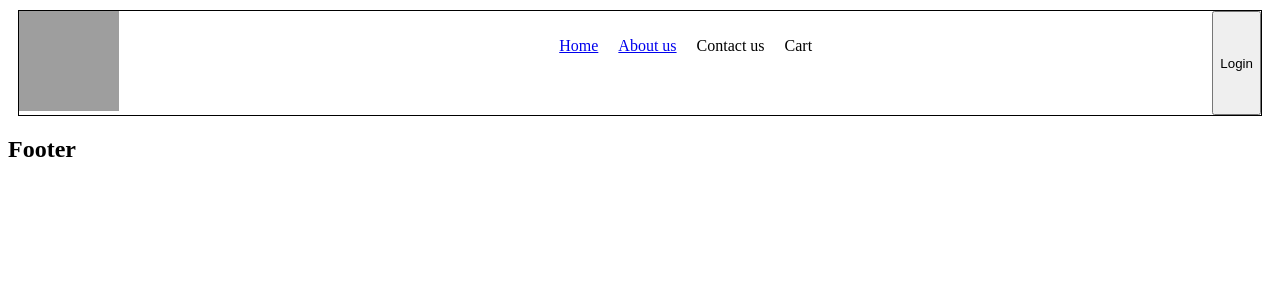
Repository: shivamv97/FOOD-VILLA-APP
Page: /
The author's editor kept a copy of each file at every save. The page is drawn from the files as they stood at one save, then again after the next save.
The browser window is 1280 px wide. The pictures show the whole page.
Pictures or frames that could not be fetched are drawn as grey boxes. The project was rebuilt for these pictures with package versions that can differ from the ones it lists, and the page was loaded fresh each time. Also part of the build but not shown: src/config.js, src/components/RestaurantCards.js, src/components/shimmer.js, src/components/Body.js, src/components/About.js, src/components/Error.js, src/components/ContactUs.js.

Above is the page before, as saved 2024-08-05 14:00:38.

### index.html
<!DOCTYPE html>
<html lang="en">
  <head>
    <meta charset="UTF-8" />
    <meta name="viewport" content="width=device-width, initial-scale=1.0" />
    <title>Learning REACT</title>
    <link rel="stylesheet" href="style.css" />
  </head>
  <body>
    <div id="root">Not Rendered</div>
    <!-- <script
      crossorigin
      src="https://unpkg.com/react@18/umd/react.development.js"
    ></script>
    <script
      crossorigin
      src="https://unpkg.com/react-dom@18/umd/react-dom.development.js"
    ></script> -->
    <script type="module" src="src/App.js"></script>
  </body>
</html>

### style.css
.header {
  display: flex;
  justify-content: space-between;
  margin: 10px;
  border: 1px solid black;
}
.nav-items > ul {
  list-style-type: none;
  display: flex;
}

.nav-items > ul > li {
  padding: 10px;
}
.logo {
  width: 100px;
  height: 100px;
}

.card {
  width: 255px;
  border: 1px solid black;
  padding: 10px;
  margin: 10px;
  overflow-wrap: break-word;
}

.card > img {
  width: 100%;
}

.restaurant-list {
  display: flex;
  flex-wrap: wrap;
}

.shimmer-card {
  width: 255px;
  height: 200px;
  background: lightgrey;
  margin: 10px;
  padding: 10px;
}

### src/App.js
import React from "react";
import ReactDOM from "react-dom/client";
import HeaderComponent from "./components/Title";
import Body from "./components/Body";
import Footer from "./components/Footer";
import About from "./components/About";
import Error from "./components/Error";
import Contact from "./components/ContactUs";
import { createBrowserRouter, RouterProvider, Outlet } from "react-router-dom";

const AppLayout = () => {
  return (
    <>
      <HeaderComponent />
      <Outlet />
      <Footer />
    </>
  );
};

const appRouter = createBrowserRouter([
  {
    path: "/",
    element: <AppLayout />,
    errorElement: <Error />,
    children: [
      {
        path: "/About",
        element: <About />,
      },
      {
        path: "/Contact",
        element: <Contact />,
      },
    ],
  },
]);

const root = ReactDOM.createRoot(document.getElementById("root"));

root.render(<RouterProvider router={appRouter} />);
//root will render according to the AppRouter

### src/components/Title.js
import { useState } from "react";
import { Link } from "react-router-dom";

const LoggedInUser = () => {
  //API used for authentication
  return true;
};

const Title = () => (
  <a href="/ ">
    <img
      className="logo"
      alt="logo"
      src="https://encrypted-tbn0.gstatic.com/images?q=tbn:ANd9GcTJtFXKFKFoihdrJEvX4jBtXqfcO2kJ0KAlIg&s"
    />
  </a>
);

const HeaderComponent = () => {
  const [isLoggedIn, setisLoggedIn] = useState(false);
  return (
    <div className="header">
      <Title />
      <div className="nav-items">
        <ul>
          <li>
            <Link to="/">Home </Link>
          </li>
          <li>
            <Link to="/About">About us</Link>
          </li>
          <li>Contact us</li>
          <li>Cart</li>
        </ul>
      </div>
      {isLoggedIn ? (
        <button onClick={() => setisLoggedIn(false)}>Logout</button>
      ) : (
        <button onClick={() => setisLoggedIn(true)}>Login</button>
      )}
    </div>
  );
};

export default HeaderComponent;

### src/components/Footer.js
const Footer = () => {
  return <h2>Footer</h2>;
};

export default Footer;

After the next save:
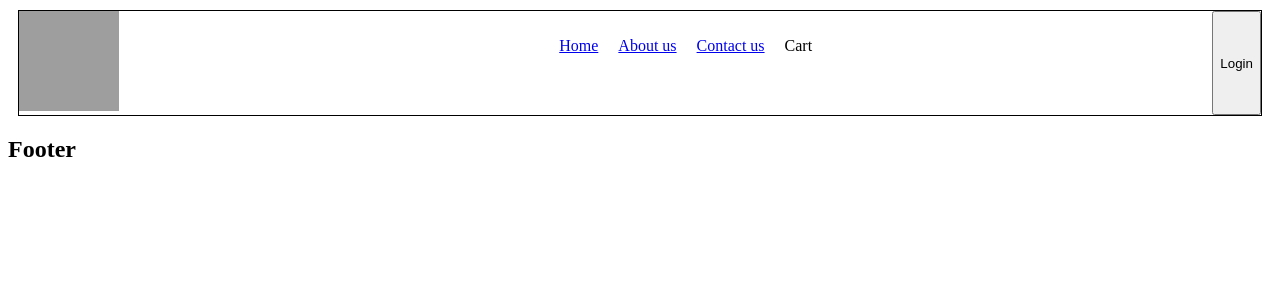
Saved 77 s later.
--- a/src/components/Title.js
+++ b/src/components/Title.js
@@ -29,7 +29,9 @@ const HeaderComponent = () => {
           <li>
             <Link to="/About">About us</Link>
           </li>
-          <li>Contact us</li>
+          <li>
+            <Link to="/Contactus">Contact us</Link>
+          </li>
           <li>Cart</li>
         </ul>
       </div>
